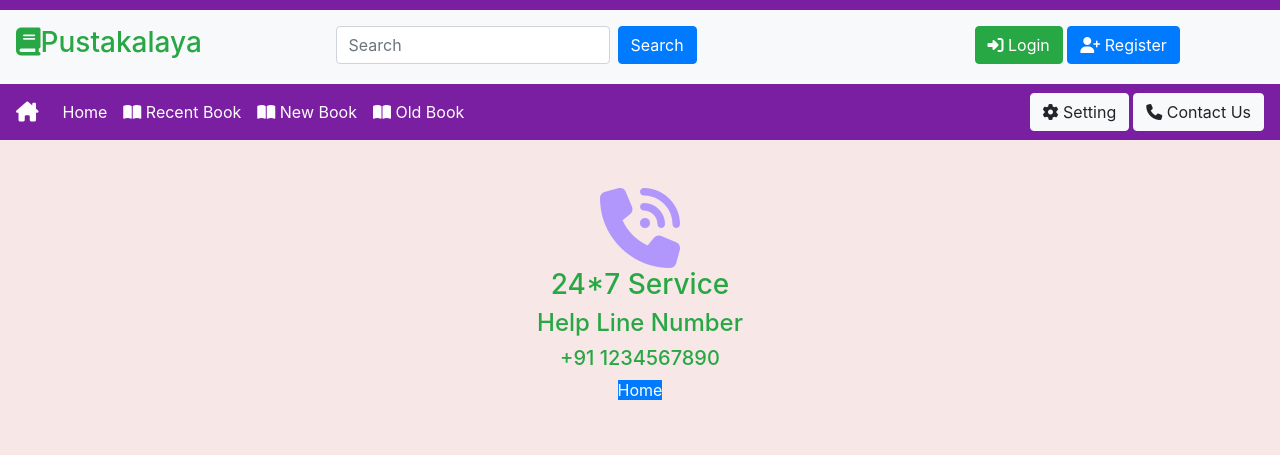
Repository: kalaprabhakar/Pustakalay_Web_Application
Page: http://localhost/E_Book_Management/helpline.jsp
An editor plug-in stored every save of this project. The page is shown before and after the next save, followed by the edit.
The browser window is 1280 px wide. The pictures show the whole page.
Some web libraries are served in a nearby version. The page is served by Tomcat 10.

Above is the page before, as saved 2024-02-28 15:18:17.

After the next save:
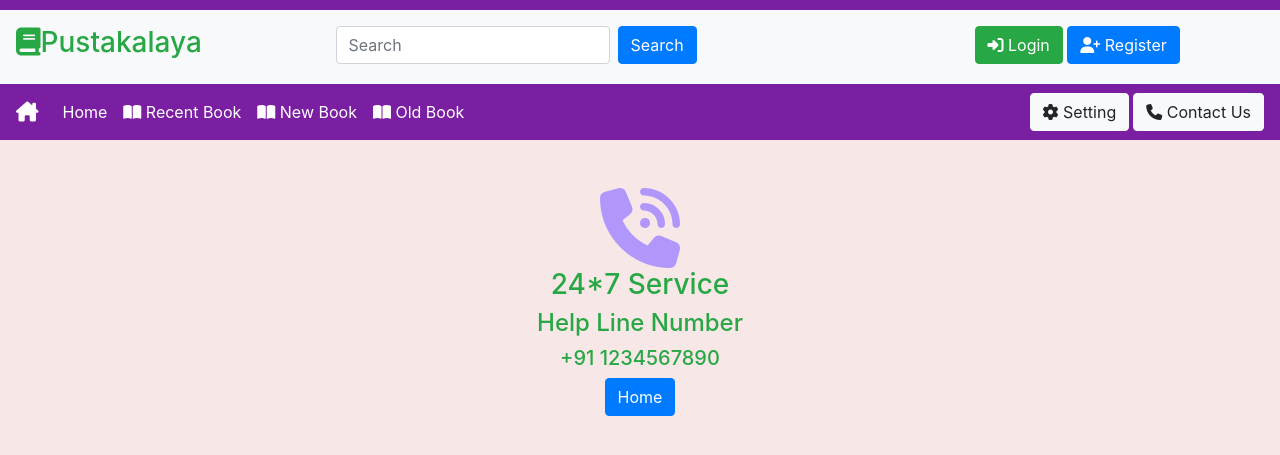
Saved 41 s later.
--- a/E_Book_Management/src/main/webapp/helpline.jsp
+++ b/E_Book_Management/src/main/webapp/helpline.jsp
@@ -18,7 +18,7 @@
 	 <h3>24*7 Service</h3>
 	 <h4>Help Line Number</h4>
 	 <h5>+91 1234567890</h5>
-	 <a href="index.jsp" class="bg-primary text-white">Home</a>
+	 <a href="index.jsp" class="btn btn-primary text-white">Home</a>
     </div>
 
     </div>
